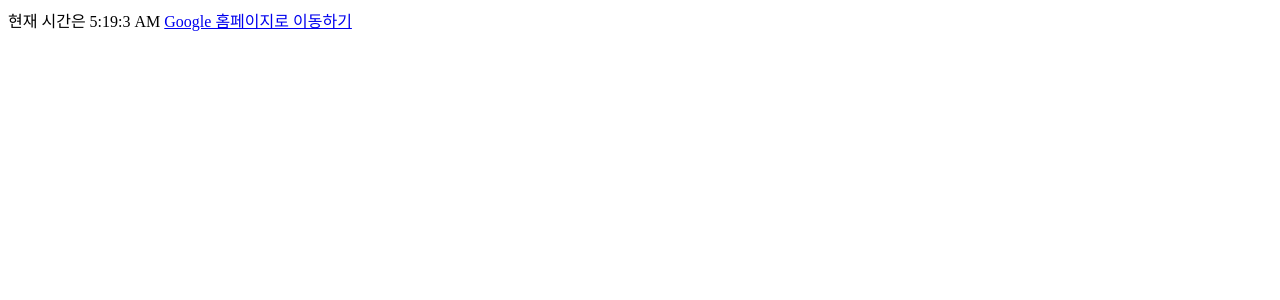
Repository: SJM7301/KH-JSP
Page: http://localhost/JSPBook/ch05/response_test.jsp
The author's editor kept a copy of each file at every save. The page is drawn from the files as they stood at one save, then again after the next save.
The browser window is 1280 px wide. The pictures show the whole page.
The page is served by Tomcat 10.

Above is the page before, as saved 2025-02-04 07:52:48.

After the next save:
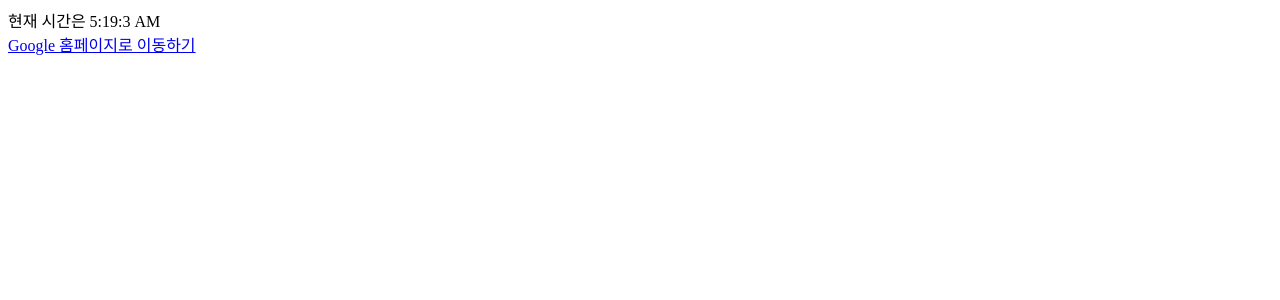
Saved 19 s later.
--- a/JSPBook/src/main/webapp/ch05/response_test.jsp
+++ b/JSPBook/src/main/webapp/ch05/response_test.jsp
@@ -25,7 +25,7 @@
 
 		String time = hour + ":"+ minute + ":" + second + " " + am_pm;
 		out.println("현재 시간은 " + time);
-	%>
+	%><br>
 
 	<a href="response_data.jsp">Google 홈페이지로 이동하기</a>
 </body>
